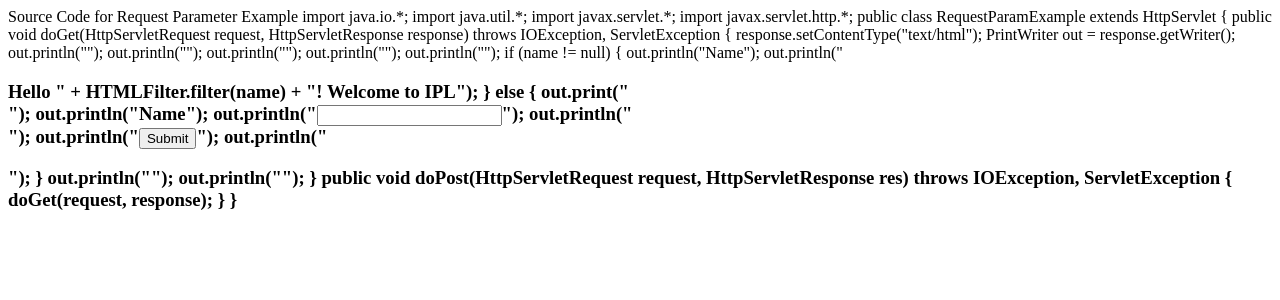
Repository: umng/Learn-to-Program
Page: Java/CTS_SFDC/workspace/Validate Player details/WebContent/index.html
These files come from the project's save history. The page is drawn as it stood at one moment and after the next save; the edit follows.
The browser window is 1280 px wide. The pictures show the whole page.

Above is the page before, as saved 2017-02-23 08:17:24.

After the next save:
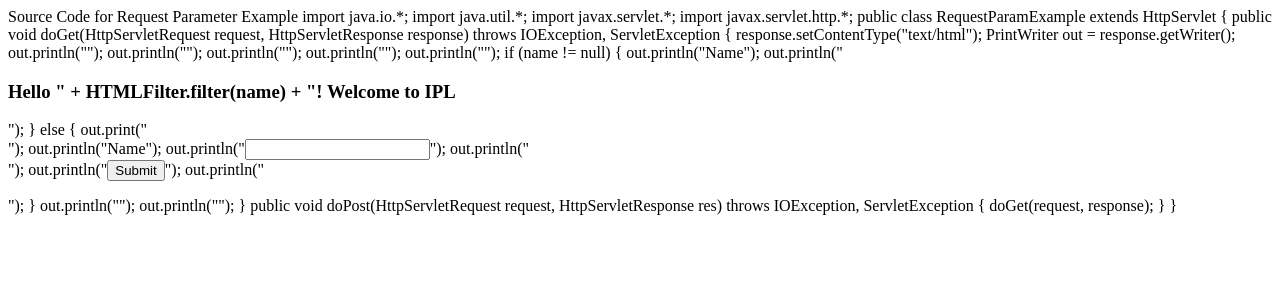
Saved 52 s later.
--- a/Java/CTS_SFDC/workspace/Validate Player details/WebContent/index.html
+++ b/Java/CTS_SFDC/workspace/Validate Player details/WebContent/index.html
@@ -20,7 +20,7 @@
         out.println("<body>");
         if (name != null) {
             out.println("Name");
-            out.println("<h3>Hello " + HTMLFilter.filter(name) + "! Welcome to IPL");
+            out.println("<h3>Hello " + HTMLFilter.filter(name) + "! Welcome to IPL</h3>");
         } else {
 	        out.print("<form action=\"");
 	        out.print("index.html\" ");
